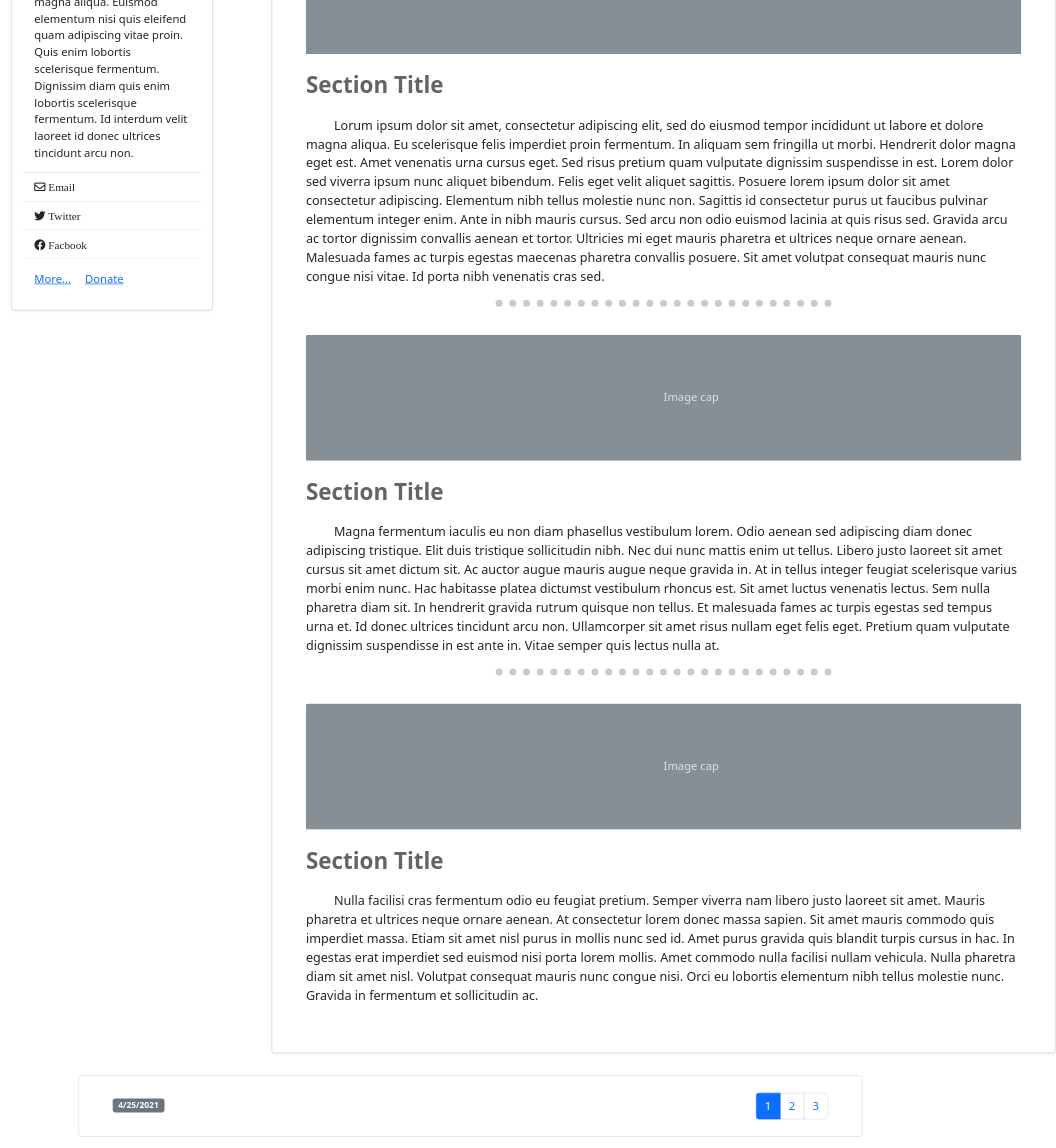
Repository: LublubXT/Azi-Tec-Team
Page: views/templates/blogs/personalblog/home.html
The author's editor kept a copy of each file at every save. The page is drawn from the files as they stood at one save, then again after a run of saves.
The browser window is 1280 px wide. The page is 1508 px wide, so the pictures cover 1508 px, including what lies to the right of the window. The pictures show the part of the page from y = 1073 to 2713 px (the page is 2713 px tall), at 70% of full size.

Above is the page before, as saved 2021-03-11 12:24:46.

### views/templates/blogs/personalblog/home.html
<!DOCTYPE html>
<html lang="en">

    <head>
        <meta charset="UTF-8">
        <meta http-equiv="X-UA-Compatible" content="IE=edge">
        <meta name="viewport" content="width=device-width, initial-scale=1.0">

        <!-- import style sheet file -->
        <link rel="stylesheet" href="css/style.css">
        <link rel="stylesheet" href="css/bootstrap.min.css">
        <link rel="stylesheet" href="fontawesome/css/all.css">


        <title>My Blog</title>
    </head>

    <body>
        <div class="header imgDiv">
            <nav class="navbar navbar-expand-lg navbar-light fixed-top shadow-sm" style="background-color: #fff;">
                <div class="container-fluid">
                    <a class="navbar-brand" href="#">My Blog</a>
                    <button class="navbar-toggler" type="button" data-bs-toggle="collapse"
                        data-bs-target="#navbarNavAltMarkup" aria-controls="navbarNavAltMarkup" aria-expanded="false"
                        aria-label="Toggle navigation">
                        <span class="navbar-toggler-icon"></span>
                    </button>
                    <div class="collapse navbar-collapse float-end" id="navbarNavAltMarkup">
                        <div class="navbar-nav float-end">
                            <a class="nav-link active" aria-current="page" href="#">Home</a>
                            <a class="nav-link" href="#">Posts</a>
                            <a class="nav-link" href="#">Donate</a>
                        </div>
                    </div>
                </div>
            </nav>
            <p class="card-text position-absolute top-50 end-50 text-light">Image
                cap</p>
        </div>

        <div>
            <div style="width: 100%;" class="grid-container tab-content">

                <div class="card mx-3 my-3 shadow-sm grid-child p-3" style="width: 18rem; height: 700px; ">
                    <svg class="bd-placeholder-img card-img-top" width="100%" height="180"
                        xmlns="http://www.w3.org/2000/svg" role="img" aria-label="Placeholder: Image cap"
                        preserveAspectRatio="xMidYMid slice" focusable="true">
                        <title>Placeholder</title>
                        <rect width="100%" height="100%" fill="#868e96"></rect><text x="40%" y="50%" fill="#dee2e6"
                            dy=".3em">Image
                            cap</text>
                    </svg>
                    <div class="card-body">
                        <h5 class="card-title" style="text-align: center;">About me</h5>
                        <hr>
                        <p class="card-text"><span class="tab"></span>Lorem ipsum dolor sit amet, consectetur adipiscing
                            elit, sed do eiusmod
                            tempor
                            incididunt ut labore et dolore magna
                            aliqua. Euismod elementum nisi quis eleifend quam adipiscing vitae proin. Quis enim lobortis
                            scelerisque fermentum.
                            Dignissim diam quis enim lobortis scelerisque fermentum. Id interdum velit laoreet id donec
                            ultrices tincidunt arcu non.</p>
                    </div>
                    <ul class="list-group list-group-flush">
                        <li class="list-group-item"><i class="far fa-envelope"> Email</i></li>
                        <li class="list-group-item"><i class="fab fa-twitter"> Twitter</i></li>
                        <li class="list-group-item"><i class="fab fa-facebook"> Facbook</i></li>
                    </ul>
                    <div class="card-body">
                        <a href="#" class="card-link">More...</a>
                        <a href="#" class="card-link">Donate</a>
                    </div>
                </div>
                <div class="card mx-5 my-3 float-end shadow-sm grid-child p-5 tab-pane fade show active"
                    style="width: 70rem; height: auto;" id="pills-1" role="tabpanel" aria-labelledby="pills-1-tab">
                    <h1 class="blog_title">Blog Post Title</h1>
                    <hr>
                    <svg class="bd-placeholder-img card-img-top" width="100%" height="180"
                        xmlns="http://www.w3.org/2000/svg" role="img" aria-label="Placeholder: Image cap"
                        preserveAspectRatio="xMidYMid slice" focusable="true">
                        <title>Placeholder</title>
                        <rect width="100%" height="100%" fill="#868e96"></rect><text x="50%" y="50%" fill="#dee2e6"
                            dy=".3em">Image
                            cap</text>
                    </svg>
                    <p class="main_title">Section Title</p>
                    <p class="text-dark main_p"><span class="tab"></span> Lorum ipsum dolor sit amet, consectetur
                        adipiscing
                        elit,
                        sed do eiusmod
                        tempor
                        incididunt ut labore et dolore magna
                        aliqua. Eu scelerisque felis imperdiet proin fermentum. In aliquam sem fringilla ut morbi.
                        Hendrerit
                        dolor magna eget
                        est. Amet venenatis urna cursus eget. Sed risus pretium quam vulputate dignissim suspendisse in
                        est.
                        Lorem dolor sed
                        viverra ipsum nunc aliquet bibendum. Felis eget velit aliquet sagittis. Posuere lorem ipsum
                        dolor
                        sit amet consectetur
                        adipiscing. Elementum nibh tellus molestie nunc non. Sagittis id consectetur purus ut faucibus
                        pulvinar elementum
                        integer enim. Ante in nibh mauris cursus. Sed arcu non odio euismod lacinia at quis risus sed.
                        Gravida arcu ac tortor
                        dignissim convallis aenean et tortor. Ultricies mi eget mauris pharetra et ultrices neque ornare
                        aenean. Malesuada fames
                        ac turpis egestas maecenas pharetra convallis posuere. Sit amet volutpat consequat mauris nunc
                        congue nisi vitae. Id
                        porta nibh venenatis cras sed.
                    </p>
                    <hr class="blog_hr" style="margin: auto; margin-top: 20px; margin-bottom: 40px;">
                    <svg class="bd-placeholder-img card-img-top" width="100%" height="180"
                        xmlns="http://www.w3.org/2000/svg" role="img" aria-label="Placeholder: Image cap"
                        preserveAspectRatio="xMidYMid slice" focusable="true">
                        <title>Placeholder</title>
                        <rect width="100%" height="100%" fill="#868e96"></rect><text x="50%" y="50%" fill="#dee2e6"
                            dy=".3em">Image
                            cap</text>
                    </svg>
                    <p class="main_title">Section Title</p>
                    <p class="text-dark main_p"><span class="tab"></span>
                        Magna fermentum iaculis eu non diam phasellus vestibulum lorem. Odio aenean sed adipiscing diam
                        donec adipiscing
                        tristique. Elit duis tristique sollicitudin nibh. Nec dui nunc mattis enim ut tellus. Libero
                        justo
                        laoreet sit amet
                        cursus sit amet dictum sit. Ac auctor augue mauris augue neque gravida in. At in tellus integer
                        feugiat scelerisque
                        varius morbi enim nunc. Hac habitasse platea dictumst vestibulum rhoncus est. Sit amet luctus
                        venenatis lectus. Sem
                        nulla pharetra diam sit. In hendrerit gravida rutrum quisque non tellus. Et malesuada fames ac
                        turpis egestas sed tempus
                        urna et. Id donec ultrices tincidunt arcu non. Ullamcorper sit amet risus nullam eget felis
                        eget.
                        Pretium quam vulputate
                        dignissim suspendisse in est ante in. Vitae semper quis lectus nulla at.
                    </p>
                    <hr class="blog_hr" style="margin: auto; margin-top: 20px; margin-bottom: 40px;">
                    <svg class="bd-placeholder-img card-img-top" width="100%" height="180"
                        xmlns="http://www.w3.org/2000/svg" role="img" aria-label="Placeholder: Image cap"
                        preserveAspectRatio="xMidYMid slice" focusable="true">
                        <title>Placeholder</title>
                        <rect width="100%" height="100%" fill="#868e96"></rect><text x="50%" y="50%" fill="#dee2e6"
                            dy=".3em">Image
                            cap</text>
                    </svg>
                    <p class="main_title">Section Title</p>
                    <p class="text-dark main_p"><span class="tab"></span>
                        Nulla facilisi cras fermentum odio eu feugiat pretium. Semper viverra nam libero justo laoreet
                        sit
                        amet. Mauris pharetra
                        et ultrices neque ornare aenean. At consectetur lorem donec massa sapien. Sit amet mauris
                        commodo
                        quis imperdiet massa.
                        Etiam sit amet nisl purus in mollis nunc sed id. Amet purus gravida quis blandit turpis cursus
                        in
                        hac. In egestas erat
                        imperdiet sed euismod nisi porta lorem mollis. Amet commodo nulla facilisi nullam vehicula.
                        Nulla
                        pharetra diam sit amet
                        nisl. Volutpat consequat mauris nunc congue nisi. Orci eu lobortis elementum nibh tellus
                        molestie
                        nunc. Gravida in
                        fermentum et sollicitudin ac.
                    </p>
                </div>
            </div>
            <div class="container card float-end mx-5 my-3 py-2 px-5" style="margin: auto; width: 70rem">
                <div class="row">
                    <div class="col">

                        <span class="badge bg-secondary my-4">4/25/2021</span>

                    </div>

                    <div class="col">
                        <nav aria-label="Page navigation example">
                            <ul class="pagination my-3 float-end" id="pills-tab" role="tablist">

                                <li class="page-item active" role="presentation"><a class="page-link" id="pills-1-tab"
                                        data-bs-toggle="pill" data-bs-target="#pills-1" type="button" role="tab"
                                        aria-controls="pills-1" aria-selected="true">1</a></li>
                                <li class="page-item" role="presentation"><a class="page-link" id="pills-2-tab"
                                        data-bs-toggle="pill" data-bs-target="#pills-2" type="button" role="tab"
                                        aria-controls="pills-2" aria-selected="true">2</a></li>
                                <li class="page-item" role="presentation"><a class="page-link" id="pills-3-tab"
                                        data-bs-toggle="pill" data-bs-target="#pills-3" type="button" role="tab"
                                        aria-controls="pills-3" aria-selected="true">3</a></li>

                            </ul>
                        </nav>
                    </div>

                </div>

            </div>
        </div>

    </body>

</html>

### views/templates/blogs/personalblog/css/style.css
body {
    margin: 0px;
    padding: 0px;
}

.header {
    max-width: 100%;
    height: 50rem;
}

.imgDiv {
    background-color: #868e96;
}



.mainlink {
    color: white;
    font-family: 'Courier New', Courier, monospace;
    font-weight: bolder;
    /* background: transparent; */
    font-size: xx-large;
    text-decoration: none;
    float: left;
    margin: 10px;
}

.link {
    color: white;
    font-family: 'Courier New', Courier, monospace;
    font-weight: bolder;
    background: transparent;
    font-size: large;
    float: right;
    margin: 10px;
    margin-left: 10px;
    text-decoration: none;
}

.main_p {
    color: rgb(100, 100, 100);
    font-size: large;
    font-weight: 400;
    margin-top: 20px;
    margin-bottom: 20px;
}

.tab {
    margin-left: 40px;
}

.main_title {
    color: rgb(100, 100, 100);
    font-size: xx-large;
    font-weight: bold;
    margin-top: 20px;
    margin-bottom: 20px;
}

.blog_title {
    text-align: center;
    color: rgb(150, 150, 150);
    margin-top: 20px;
    margin-bottom: 20px;
}

.blog_hr {
    color: rgb(50, 50, 50);
    background: transparent;
    border-top: 10px dotted rgb(50, 50, 50);
    border-left: none;
    border-right: none;
    border-bottom: none;
    margin: auto;
    margin-top: 20px;
    margin-bottom: 40px;
    width: 30rem;
}

.grid-container {
    display: grid;
    grid-template-columns: 1fr 1fr;
    grid-gap: 20px;
}

Loaded but not shown: views/templates/blogs/personalblog/css/bootstrap.min.css (library); views/templates/blogs/personalblog/fontawesome/css/all.css (library)

After the next 4 saves:
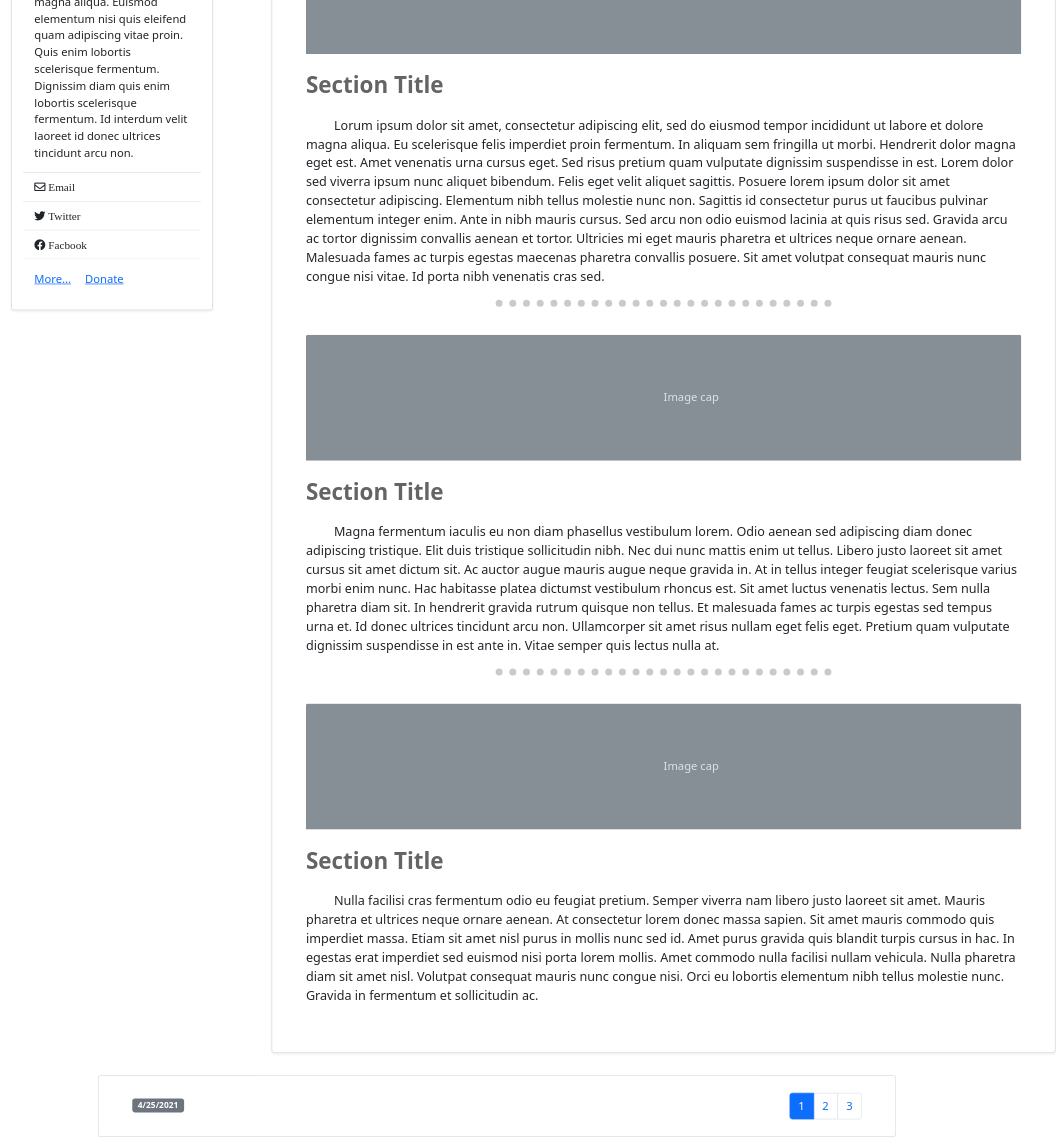
The 4 saves are shown as one change because they came seconds apart.
The last was saved 28 s later.
--- a/views/templates/blogs/personalblog/home.html
+++ b/views/templates/blogs/personalblog/home.html
@@ -167,7 +167,7 @@
                     </p>
                 </div>
             </div>
-            <div class="container card float-end mx-5 my-3 py-2 px-5" style="margin: auto; width: 70rem">
+            <div class="container card float-end my-3 py-2 px-5" style="margin: auto; margin-left: 27 width: 70rem">
                 <div class="row">
                     <div class="col">
 
